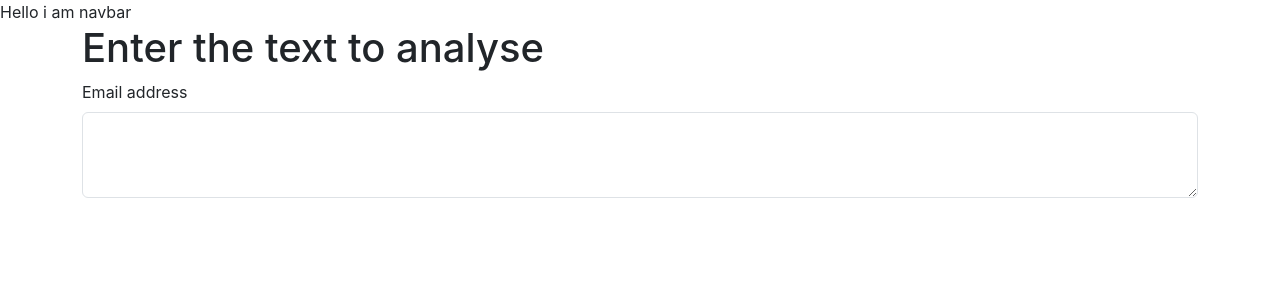
Repository: Aastha1035/React.navbar
Page: /
These files come from the project's save history. The page is drawn as it stood at one moment and after a run of saves; the edit follows.
The browser window is 1280 px wide. The pictures show the whole page.
The project was rebuilt for these pictures with package versions that can differ from the ones it lists, and the page was loaded fresh each time. Also part of the build but not shown: src/App.css.

Above is the page before, as saved 2024-07-17 10:49:44.

After the next 2 saves:
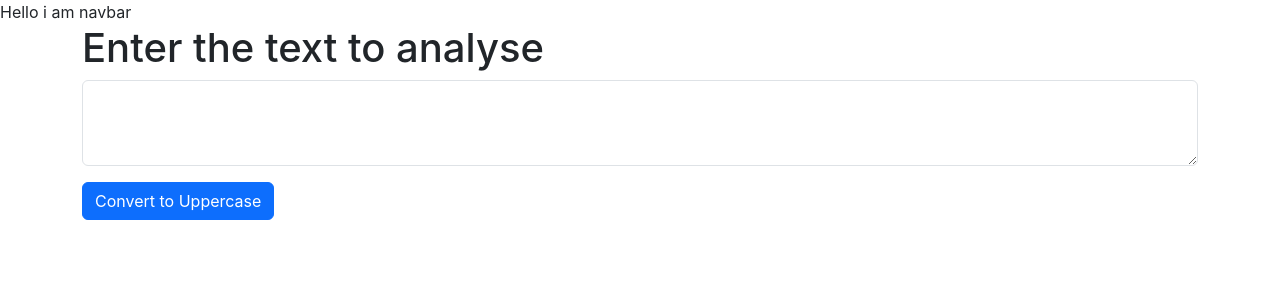
The 2 saves are shown as one change because 1 did not build or start.
The last was saved 11 min 59 s later.
--- a/src/components/Textform.js
+++ b/src/components/Textform.js
@@ -1,13 +1,16 @@
-import React from 'react'
+import React,{ useState } from "react";
+
+
 
 export default function Textform(props) {
+    const [index, setIndex] = useState("ENTER TEXT HERE");
   return (
     <div>
         <h1>{props.heading}</h1>
       <div class="mb-3">
-      <label for="mybox" class="form-label">Email address</label>
       <textarea class="form-control" id="mybox" rows="3"></textarea>
      </div>
+     <button className="btn btn-primary">Convert to Uppercase</button>
 </div>
   )
 }
